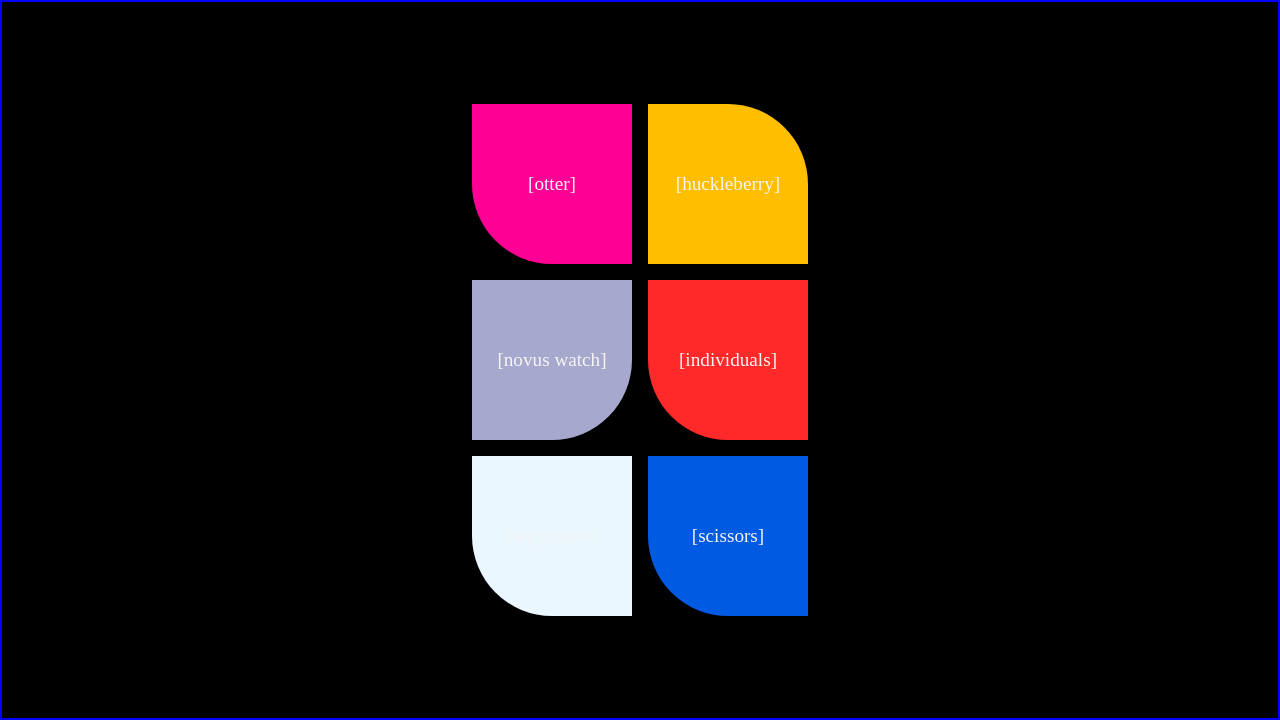
Repository: dark-txch/ass-1-6
Page: index.html
The author's editor kept a copy of each file at every save. The page is drawn from the files as they stood at one save, then again after a run of saves.
The browser window is 1280 px wide. The pictures show the whole page.

Above is the page before, as saved 2024-11-29 15:13:03.

After the next 2 saves:
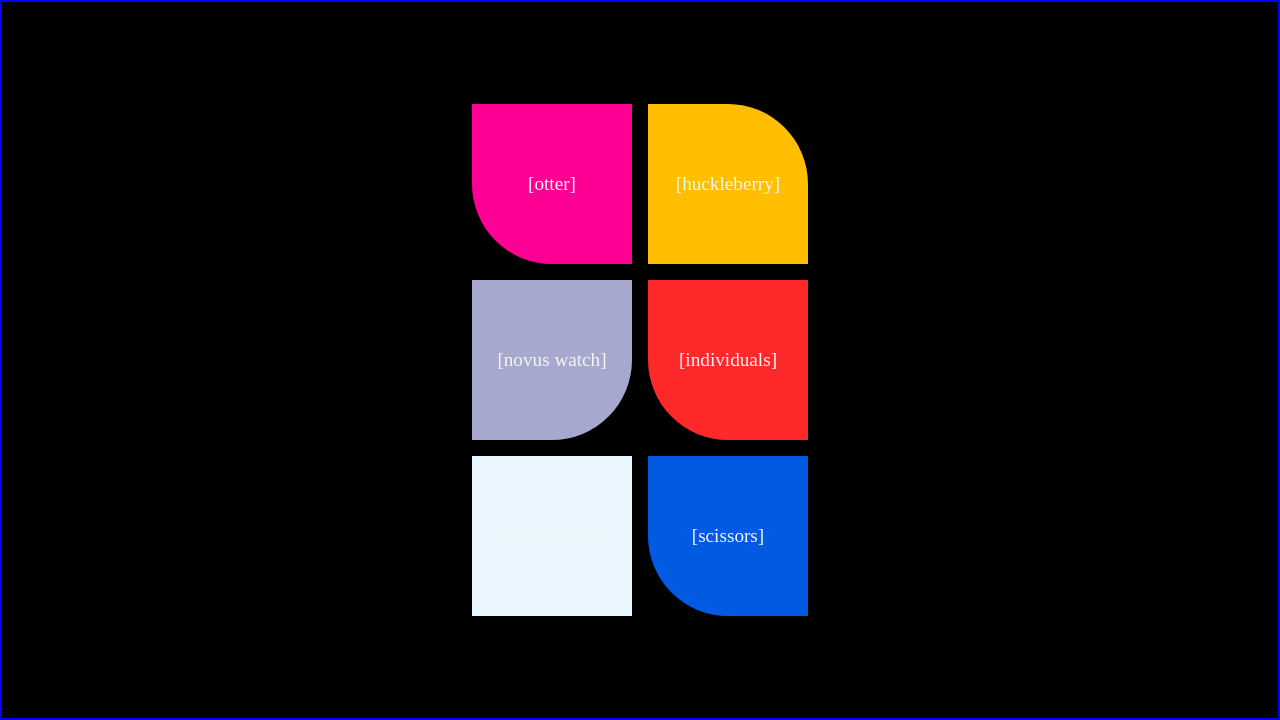
The 2 saves are shown as one change because they came seconds apart.
The last was saved 51 s later.
--- a/src/styles/index/index.css
+++ b/src/styles/index/index.css
@@ -78,7 +78,7 @@
 	background-color: #eaf7ff;
 	color: black;
 
-	border-radius: 0 0 0 50%;
+	border-radius: 0 0 0 0;
 }
 nav ul :nth-child(6) {
 	background-color: #015ae2;
